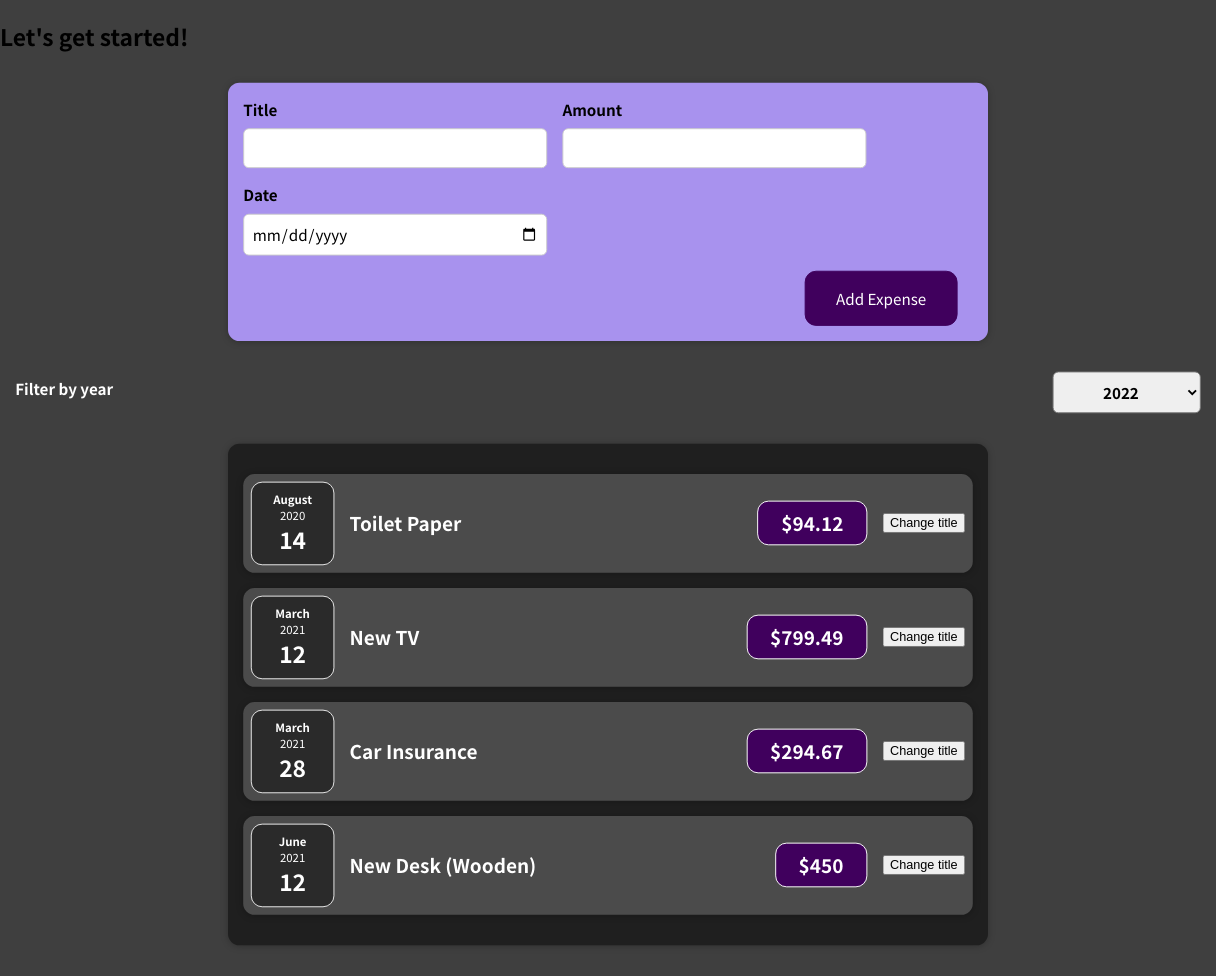
Repository: Dark-Developer93/react-complete-guide
Page: /
The author's editor kept a copy of each file at every save. The page is drawn from the files as they stood at one save, then again after the next save.
The browser window is 1280 px wide. The pictures show the whole page, at 95% of full size.
The project was rebuilt for these pictures with package versions that can differ from the ones it lists, and the page was loaded fresh each time.

Above is the page before, as saved 2022-11-05 00:11:45.

### src/App.js
import Expenses from "./components/Expenses/Expenses";
import NewExpense from "./components/NewExpense/NewExpense";

const App = () => {
  const expenses = [
    {
      id: "e1",
      title: "Toilet Paper",
      amount: 94.12,
      date: new Date(2020, 7, 14),
    },
    {
      id: "e2",
      title: "New TV",
      amount: 799.49,
      date: new Date(2021, 2, 12),
    },
    {
      id: "e3",
      title: "Car Insurance",
      amount: 294.67,
      date: new Date(2021, 2, 28),
    },
    {
      id: "e4",
      title: "New Desk (Wooden)",
      amount: 450,
      date: new Date(2021, 5, 12),
    },
  ];

  const addExpenseHandler = (expense) => {
    console.log(expense, "From App.js");
  };

  return (
    <div>
      <h2>Let's get started!</h2>
      <NewExpense onAddExpnese={addExpenseHandler} />
      <Expenses items={expenses} />
    </div>
  );
};

export default App;

### src/components/Expenses/Expenses.js
import "./Expenses.css";
import ExpenseItem from "./ExpenseItem";
import Card from "../UI/Card";
import ExpensesFilter from "./ExpensesFilter";

const Expenses = (props) => {
  return (
    <div>
      <ExpensesFilter />
      <Card className="expenses">
        {props.items.map((item) => {
          return (
            <ExpenseItem
              key={item.id}
              title={item.title}
              amount={item.amount}
              date={item.date}
            />
          );
        })}
      </Card>
    </div>
  );
};

export default Expenses;

### src/components/NewExpense/NewExpense.js
import React from "react";
import "./NewExpense.css";
import ExpenseForm from "./ExpenseForm";

const NewExpense = (props) => {
  const saveExpenseDataHandler = (enteredExpenseData) => {
    const expenseData = {
      ...enteredExpenseData,
      id: Math.random().toString(),
    };
    props.onAddExpnese(expenseData);
  };
  return (
    <div className="new-expense">
      <ExpenseForm onSaveExpenseDate={saveExpenseDataHandler} />
    </div>
  );
};

export default NewExpense;

### src/components/Expenses/ExpenseItem.js
import { useState } from "react";

import "./ExpenseItem.css";
import ExpenseDate from "./ExpenseDate";
import Card from "../UI/Card";

const ExpenseItem = (props) => {
  const [title, setTitle] = useState(props.title);
  const { title2, amount, date } = props;
  const clickHandler = () => {
    setTitle(title2);
  };
  return (
    <Card className="expense-item">
      <ExpenseDate date={date} />
      <div className="expense-item__description">
        <h2>{title}</h2>
        <div className="expense-item__price">${amount}</div>
        <button onClick={clickHandler}>Change title</button>
      </div>
    </Card>
  );
};

export default ExpenseItem;

### src/components/Expenses/ExpensesFilter.js
import React, { useState } from "react";

import "./ExpensesFilter.css";

const ExpensesFilter = () => {
  const [filteredYear, setFilteredYear] = useState("");
  const dropDownchangeHandler = (e) => {
    console.log(e.target.value);
  };
  return (
    <div className="expenses-filter">
      <div className="expenses-filter__control">
        <label>Filter by year</label>
        <select onChange={dropDownchangeHandler}>
          <option value="2022">2022</option>
          <option value="2021">2021</option>
          <option value="2020">2020</option>
          <option value="2019">2019</option>
        </select>
      </div>
    </div>
  );
};

export default ExpensesFilter;

### src/components/NewExpense/NewExpense.css
.new-expense {
  background-color: #a892ee;
  padding: 1rem;
  margin: 2rem auto;
  width: 50rem;
  max-width: 95%;
  border-radius: 12px;
  text-align: center;
  box-shadow: 0 1px 8px rgba(0, 0, 0, 0.25);
}

.new-expense button {
  font: inherit;
  cursor: pointer;
  padding: 1rem 2rem;
  border: 1px solid #40005d;
  background-color: #40005d;
  color: white;
  border-radius: 12px;
  margin-right: 1rem;
}

.new-expense button:hover,
.new-expense button:active {
  background-color: #510674;
  border-color: #510674;
}

.new-expense button.alternative {
  color: #220131;
  border-color: transparent;
  background-color: transparent;
}

.new-expense button.alternative:hover,
.new-expense button.alternative:active {
  background-color: #ddb3f8;
}

### src/components/NewExpense/ExpenseForm.js
import React, { useState } from "react";
import "./ExpenseForm.css";

const ExpenseForm = (props) => {
  const [enteredTitle, setEnteredTitle] = useState("");
  const [enteredAmount, setEnteredAmount] = useState("");
  const [enteredDate, setEnteredDate] = useState("");
  // const [userInput, setUserInput] = useState({
  //   enteredTitle: "",
  //   enteredAmount: "",
  //   enteredDate: "",
  // });
  const titleChangeHandler = (e) => {
    setEnteredTitle(e.target.value);
    // setUserInput((prevState) => {
    //   return { ...prevState, enteredTitle: e.target.value };
    // });
  };
  const amountChangeHandler = (e) => {
    setEnteredAmount(e.target.value);
    // setUserInput((prevState) => {
    //   return { ...prevState, enteredAmount: e.target.value };
    // });
  };
  const dateChangeHandler = (e) => {
    setEnteredDate(e.target.value);
    // setUserInput((prevState) => {
    //   return { ...prevState, enteredDate: e.target.value };
    // });
  };
  const submitHandler = (e) => {
    e.preventDefault();
    const enteredData = {
      title: enteredTitle,
      amount: enteredAmount,
      date: new Date(enteredDate),
    };
    props.onSaveExpenseDate(enteredData);
    setEnteredTitle("");
    setEnteredAmount("");
    setEnteredDate("");
  };
  return (
    <form onSubmit={submitHandler}>
      <div className="new-expense__controls">
        <div className="new-expense__control">
          <label>Title</label>
          <input
            type="text"
            onChange={titleChangeHandler}
            value={enteredTitle}
          />
        </div>
        <div className="new-expense__control">
          <label>Amount</label>
          <input
            type="number"
            min="0.01"
            step="0.01"
            onChange={amountChangeHandler}
            value={enteredAmount}
          />
        </div>
        <div className="new-expense__control">
          <label>Date</label>
          <input
            type="date"
            min="2019-01-01"
            max="2022-12-31"
            onChange={dateChangeHandler}
            value={enteredDate}
          />
        </div>
      </div>
      <div className="new-expense__actions">
        <button type="submit">Add Expense</button>
      </div>
    </form>
  );
};

export default ExpenseForm;

### src/components/Expenses/ExpenseItem.css
.expense-item {
  display: flex;
  justify-content: space-between;
  align-items: center;
  padding: 0.5rem;
  margin: 1rem 0;
  background-color: #4b4b4b;
}

.expense-item__description {
  display: flex;
  flex-direction: column;
  gap: 1rem;
  align-items: flex-end;
  flex-flow: column-reverse;
  justify-content: flex-start;
  flex: 1;
}

.expense-item h2 {
  color: #3a3a3a;
  font-size: 1rem;
  flex: 1;
  margin: 0 1rem;
  color: white;
}

.expense-item__price {
  font-size: 1rem;
  font-weight: bold;
  color: white;
  background-color: #40005d;
  border: 1px solid white;
  padding: 0.5rem;
  border-radius: 12px;
}

@media (min-width: 580px) {
  .expense-item__description {
    flex-direction: row;
    align-items: center;
    justify-content: flex-start;
    flex: 1;
  }

  .expense-item__description h2 {
    font-size: 1.25rem;
  }

  .expense-item__price {
    font-size: 1.25rem;
    padding: 0.5rem 1.5rem;
  }
}

### src/components/Expenses/ExpenseDate.js
import "./ExpenseDate.css";
const ExpenseDate = (props) => {
  const month = props.date.toLocaleDateString("en-US", { month: "long" });
  const year = props.date.toLocaleDateString("en-US", { year: "numeric" });
  const day = props.date.toLocaleDateString("en-US", { day: "numeric" });
  return (
    <div className="expense-date">
      <div className="expense-date__month">{month}</div>
      <div className="expense-date__year">{year}</div>
      <div className="expense-date__day">{day}</div>
    </div>
  );
};

export default ExpenseDate;

Loaded but not shown: public/index.html (common file); src/index.js (common file); src/index.css (common file); src/components/Expenses/Expenses.css (common file); src/components/UI/Card.js (common file); src/components/UI/Card.css (common file); src/components/Expenses/ExpensesFilter.css (common file); src/components/NewExpense/ExpenseForm.css (common file); src/components/Expenses/ExpenseDate.css (common file)

After the next save:
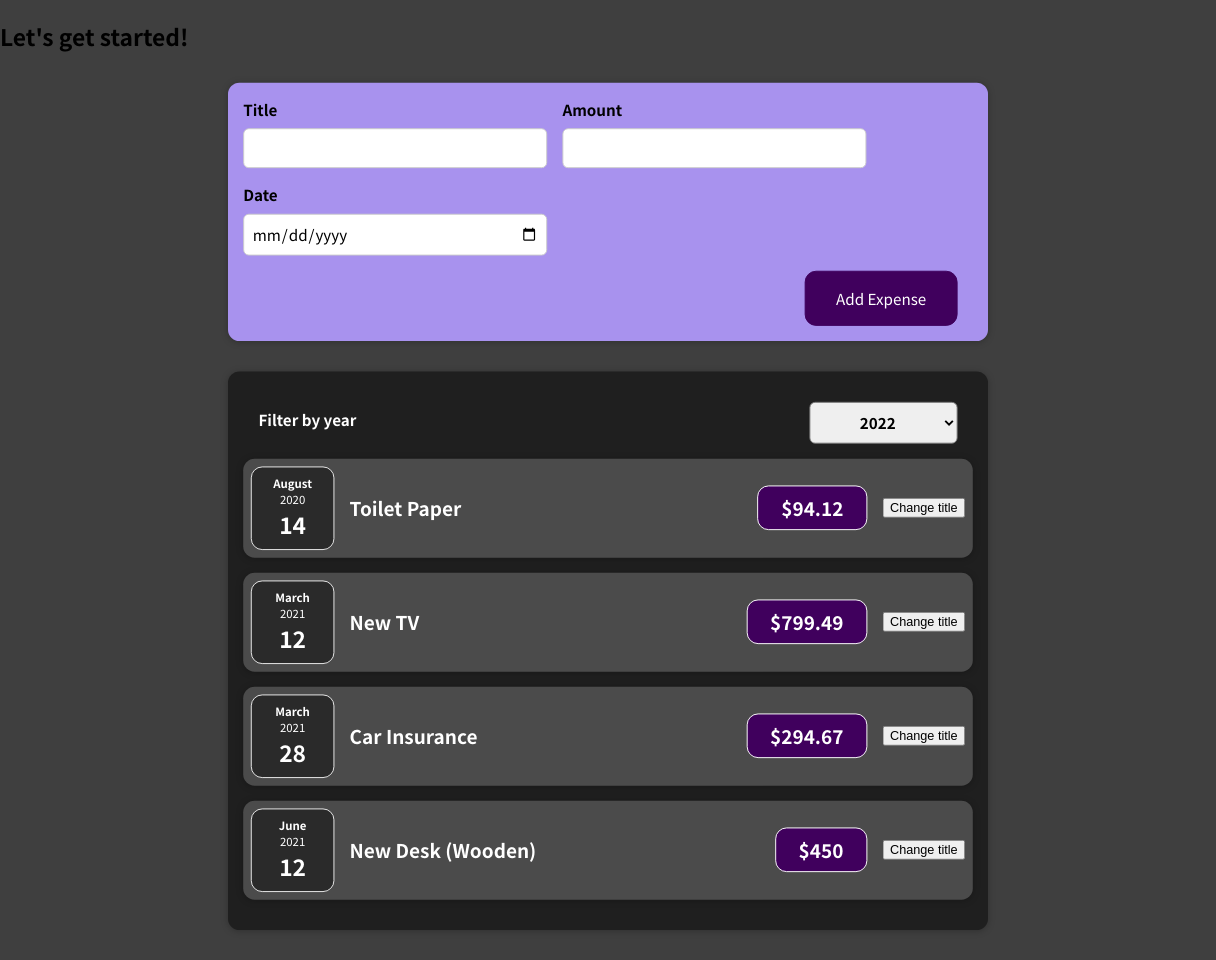
Saved 42 s later.
--- a/src/components/Expenses/Expenses.js
+++ b/src/components/Expenses/Expenses.js
@@ -6,8 +6,8 @@ import ExpensesFilter from "./ExpensesFilter";
 const Expenses = (props) => {
   return (
     <div>
-      <ExpensesFilter />
       <Card className="expenses">
+        <ExpensesFilter />
         {props.items.map((item) => {
           return (
             <ExpenseItem
